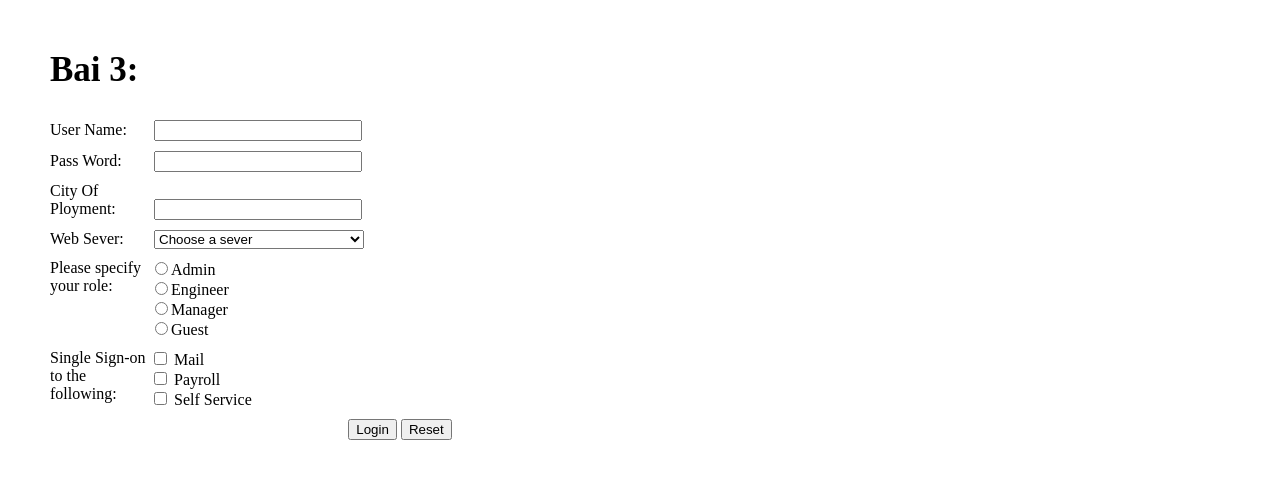
Repository: truongtn04/f8-fullstack-k5
Page: day03/ex03.html
These files come from the project's save history. The page is drawn as it stood at one moment and after the next save; the edit follows.
The browser window is 1280 px wide. The pictures show the whole page.

Above is the page before, as saved 2023-11-27 12:20:42.

### day03/ex03.html
<!DOCTYPE html>
<html lang="en">
<head>
    <meta charset="UTF-8">
    <meta name="viewport" content="width=device-width, initial-scale=1.0">
    <title>Document</title>
    <link rel="stylesheet" href="css/ex03.css">
</head>
<body>
    <b>Bai 3:</b>
    <form action="">
        <div class="form-item">
            <label for="name">User Name:</label>
            <input type="text" required id="name">
        </div>
        <div class="form-item">
            <label for="password">Pass Word:</label>
            <input type="password" id="password" required>
        </div>
        <div class="form-item">
            <label for="city">City Of Ployment:</label>
            <input type="text" id="city" required>
        </div>
        <div class="form-item">
            <label for="sever">Web Sever:</label>
            <select name="" id="sever">
                <option value="1">Choose a sever</option>
                <option value="2">1</option>
                <option value="3">2</option>
                <option value="4">3</option>
            </select>
        </div>
        <div class="form-item form-item__bonus">
            <label>Please specify your role:
            </label>
            <div class="form-item__list">
                <div class="form-item__option">
                    <label><input type="radio">Admin</label>
                </div>
                <div class="form-item__option">
                    <label>
                        <input type="radio">Engineer
                    </label>
                </div>
                <div class="form-item__option">
                    <label>
                        <input type="radio">Manager
                    </label>
                </div>
                <div class="form-item__option">
                    <label>
                        <input type="radio">Guest
                    </label>
                </div>
            </div>
        </div>
        <div class="form-item form-item__bonus">
            <label>Single Sign-on to the following:</label>
            <div class="form-item__list">
                <div class="form-item__option">
                    <label>
                        <input type="checkbox">
                        <span>Mail</span>
                    </label>
                </div>
                <div class="form-item__option">
                    <label>
                        <input type="checkbox">
                        <span>Payroll</span>
                    </label>
                </div>
                <div class="form-item__option">
                    <label>
                        <input type="checkbox">
                        <span>Self Service</span>
                    </label>
                </div>
            </div>
        </div>
        <div class="button">
            <button>Login</button>
            <button type="reset">Reset</button>
        </div>
    </form>
</body>
</html>

### day03/css/ex03.css
body{
    margin: 50px 50px;
    width: 700px;
}
b{
    font-size: 35px;
    display: inline-block;
    margin-bottom: 30px;
}
.form-item{
    margin-bottom: 10px;
}
.form-item input{
    width: 200px;
}
.form-item label{
    width: 100px;
    display: inline-block;
}
.form-item__list .form-item__option input{
    width: initial;
}
.form-item__list .form-item__option label{
    width: initial;
}
select{
    width: 210px;
}
.form-item__bonus{
    display: flex;
}
.button{
    text-align: center;
}

After the next save:
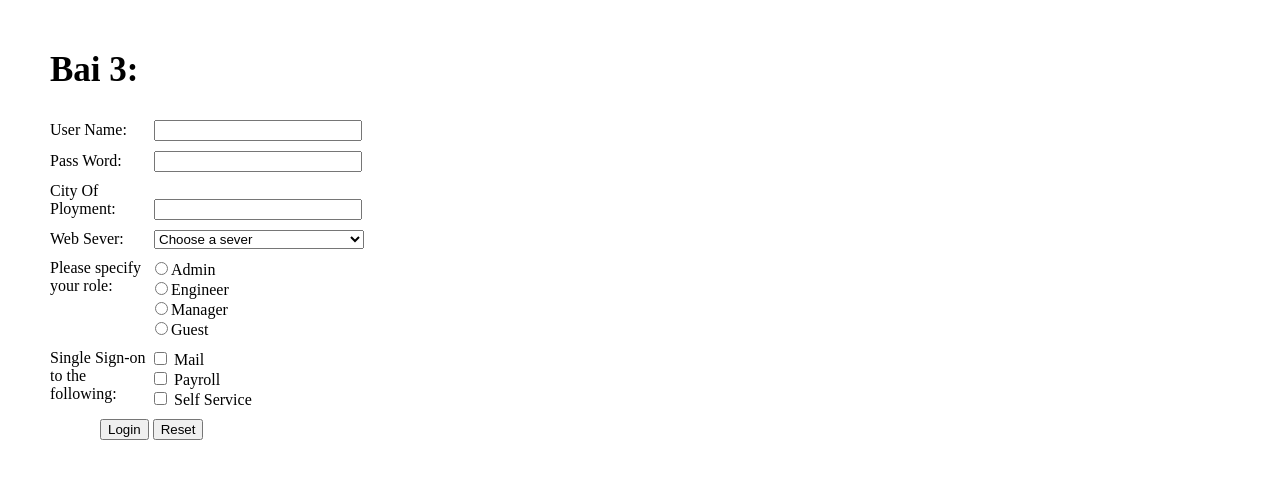
Saved 12 s later.
--- a/day03/css/ex03.css
+++ b/day03/css/ex03.css
@@ -30,5 +30,5 @@ select{
     display: flex;
 }
 .button{
-    text-align: center;
+    margin-left: 50px;
 }
